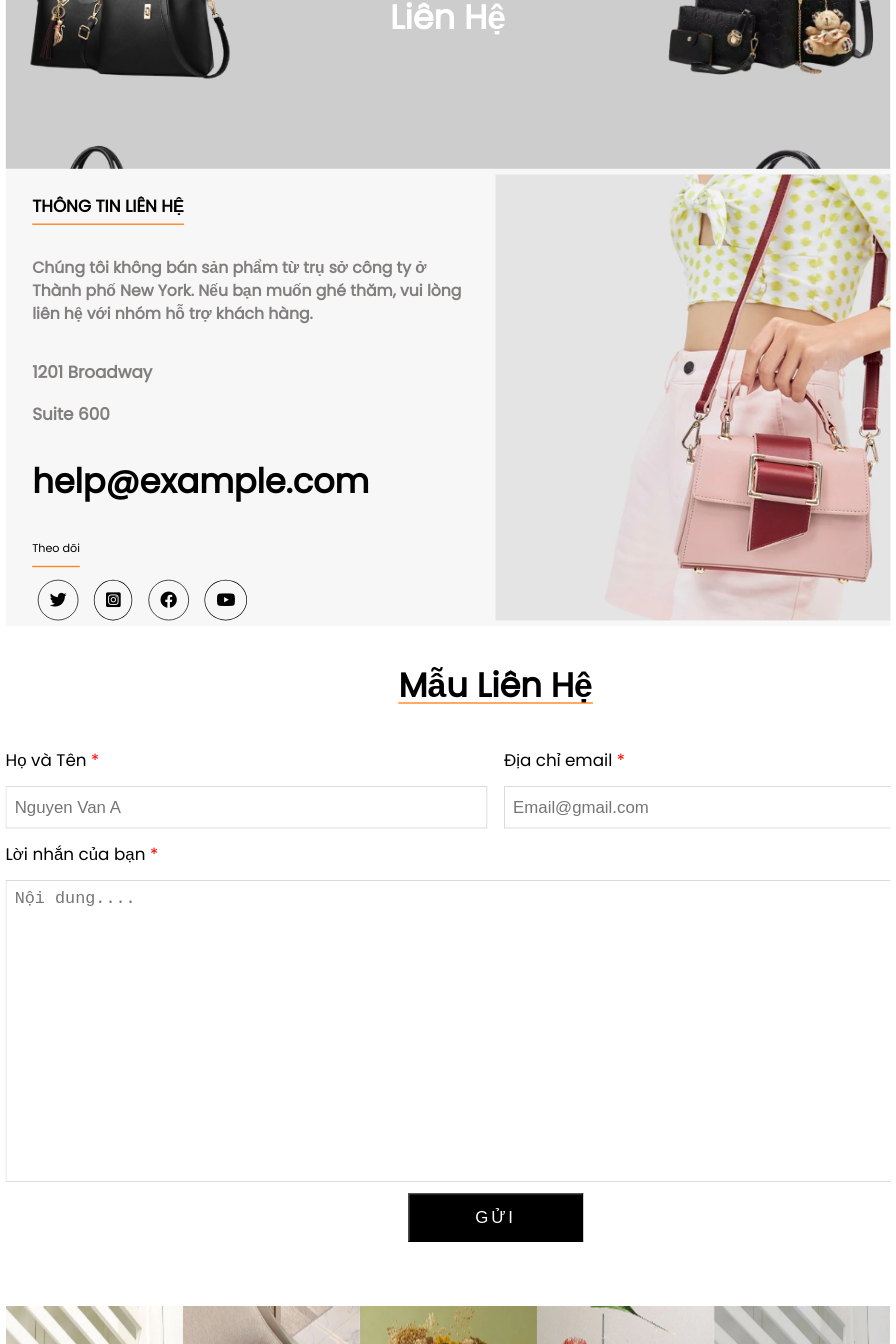
Repository: minh352623/project_firebase
Page: contact.html
An editor plug-in stored every save of this project. The page is shown before and after the next save, followed by the edit.
The browser window is 1280 px wide. The pictures show the part of the page from y = 355 to 2275 px (the page is 2935 px tall before and 2960 px after), at 70% of full size.
Some web libraries are served in a nearby version.

Above is the page before, as saved 2022-05-12 20:12:37.

### contact.html
<!DOCTYPE html>
<html lang="en">

<head>
  <meta charset="UTF-8" />
  <meta http-equiv="X-UA-Compatible" content="IE=edge" />
  <meta name="viewport" content="width=device-width, initial-scale=1.0" />
  <link rel="icon" href="./assets/img/logo.webp">

  <link rel="stylesheet" href="https://cdnjs.cloudflare.com/ajax/libs/font-awesome/5.15.4/css/all.min.css"
    integrity="sha512-1ycn6IcaQQ40/MKBW2W4Rhis/DbILU74C1vSrLJxCq57o941Ym01SwNsOMqvEBFlcgUa6xLiPY/NS5R+E6ztJQ=="
    crossorigin="anonymous" referrerpolicy="no-referrer" />
  <link rel="preconnect" href="https://fonts.googleapis.com" />
  <link rel="preconnect" href="https://fonts.gstatic.com" crossorigin />
  <link href="https://fonts.googleapis.com/css2?family=Poppins&display=swap" rel="stylesheet" />
  <link rel="stylesheet" href="./assets/css/base.css" />
  <link rel="stylesheet" type="text/css" href="https://cdn.jsdelivr.net/npm/slick-carousel@1.8.1/slick/slick.css" />
  <link rel="stylesheet" href="./assets/css/main.css" />
  <link rel="stylesheet" href="./assets/css/contact.css">
  <link rel="stylesheet" href="./assets/css/reponsive.css">

  <title>Liên Hệ</title>
</head>

<body>
  <div class="app">
    <div class="header">
      <div class="navbar">
        <div class="icon-mobile-menu">
          <i class="fas fa-align-left"></i>
        </div>
        <div class="navbar-logo">
          <a href="#">
            <img src="./assets/img/logo.webp" alt="" />
          </a>
        </div>
        <div class="navbar-link ">
          <ul class="navbar-link-list">
            <li class="navbar-link-item mobile-hello"></li>

            <li><a href="trangchu.html" class="navbar-link-item">Trang Chủ</a></li>
            <li><a href="introduce.html" class="navbar-link-item">Giới Thiệu</a></li>
            <li class="link-hover">
              <a href="./product.html" class="navbar-link-item">Sản Phẩm<i class="fas fa-angle-down"></i></a>
              <ul class="product-selsect">
                <li><a href="">Yêu Thích</a></li>
                <li><a href="">Giảm Giá</a></li>
              </ul>
            </li>
            <li><a href="contact.html" class="navbar-link-item">Liên Hệ</a></li>
            <li><a href="" class="navbar-link-item">Thanh Toán</a></li>
            <li><a href="./register.html" class="navbar-link-item delete-log mobile-register">Đăng ký</a></li>
            <li><a href="./index.html" class="navbar-link-item delete-log mobile-login">Đăng nhập</a></li>
            <li><a href="./index.html" class="navbar-link-item mobile-exit">Thoát</a></li>
          </ul>
        </div>

        <div class="navbar-icon">
          <div class="navbar-log">
            <div class="log-in">
              <span>
                <a class="log-in-icon" href="./index.html">
                  Đăng nhập
                </a>
              </span>
            </div>
            <div class="register">
              <span class="register-char">/</span>
              <span><a class="register-icon" href="./register.html">Đăng ký</a></span>
            </div>
          </div>
          <div class="hello ">
            <span>Chào!</span>
            <span class="name-user "></span>
            <span >|</span>
            <a href="./index.html" class="exit">Thoát</a>
          </div>
          <div class="navbar-icon-list">
            <a href="./user.html " class="navbar-icon-item user-icon">
              <i class="fas fa-user"></i>
            </a>
            <span class="navbar-icon-item cart">
              <i class="fas fa-cart-plus"></i>
              <span class="quantity-item">0</span>

            </span>
            <span class="navbar-icon-item search">
              <i class="fas fa-search"></i>
            </span>
          </div>
        </div>
      </div>
    </div>

    <div class="main">
      <div class="contact-banner">
        <h2 class="contact-title">
          Liên Hệ
        </h2>
        <div class="contact-link none">
          <span>Trang chủ</span>
          <span>></span>
          <span>Liên hệ</span>

        </div>
      </div>
      <div class="contact-container">
        <div class="contact-top">
          <div class="contact-top__layout">
            <div class="contact-info">
              <h2 class="contact-info-border">THÔNG TIN LIÊN HỆ</h2>
              <p class="contact-content">Chúng tôi không bán sản phẩm từ trụ sở công ty
                ở Thành phố New York. Nếu bạn muốn ghé thăm, vui lòng liên hệ với nhóm hỗ trợ khách hàng.</p>
              <div>

                <p>1201 Broadway</p>
                <p> Suite 600</p>
              </div>
              <h2 class="contact-email">help@example.com</h2>
              <p class="contact-info-border">Theo dõi</p>

              <div class="contact-info__icon">
                <span class="contact-info__icon-tw">
                  <i class="fab fa-twitter"></i>
                </span>
                <span class="contact-info__icon-insta">
                  <i class="fab fa-instagram-square"></i>
                </span>
                <span class="contact-info__icon-face">
                  <i class="fab fa-facebook"></i>
                </span>
                <span class="contact-info__icon-youtube">
                  <i class="fab fa-youtube"></i>
                </span>
              </div>


            </div>
            <div class="contact-images ">
              <img src="./assets/img/contact/contact-bn2.png" alt="">
            </div>
          </div>

        </div>
        <div class="contact-form">
          <h1>Mẫu Liên Hệ</h1>
          <form class="contact-form-content">
            <div class="contact-form-content-top">
              <div class="contact-form-content-left">
                <div class="contact-form-content-item">
                  <p>Họ và Tên</p>
                  <span>*</span>
                </div>
                <input required type="text" placeholder="Nguyen Van A">
              </div>
              <div class="contact-form-content-right">
                <div class="contact-form-content-item">
                  <p>Địa chỉ email</p>
                  <span>*</span>
                </div>
                <input required type="email" placeholder="Email@gmail.com">
              </div>
            </div>
            <div class="contact-form-content-bot">
              <div class="contact-form-content-item">
                <p>Lời nhắn của bạn</p>
                <span>*</span>
              </div>
              <textarea required name="" id="" cols="50" rows="15" placeholder="Nội dung...."></textarea>
            </div>
            <div class="contact-form-content-btn">
              <button type="submit">GỬI</button>
            </div>

          </form>
        </div>

      </div>
      <div class="contact-instagram">
        <div class="contact-instagram-list">
          <div class="contact-instagram-list-item">
            <img src="./assets/img/contact/instagram1.webp" alt="">
            <div class="contact-instagram-list-item-hover">
              <i class="fab fa-instagram"></i>
            </div>
          </div>
          <div class="contact-instagram-list-item">
            <img src="./assets/img/contact/instagram2.webp" alt="">
            <div class="contact-instagram-list-item-hover">
              <i class="fab fa-instagram"></i>
            </div>
          </div>
          <div class="contact-instagram-list-item">
            <img src="./assets/img/contact/instagram3.webp" alt="">
            <div class="contact-instagram-list-item-hover">
              <i class="fab fa-instagram"></i>
            </div>
          </div>
          <div class="contact-instagram-list-item">
            <img src="./assets/img/contact/instagram4.webp" alt="">
            <div class="contact-instagram-list-item-hover">
              <i class="fab fa-instagram"></i>
            </div>
          </div>
          <div class="contact-instagram-list-item">
            <img src="./assets/img/contact/instagram5.webp" alt="">
            <div class="contact-instagram-list-item-hover">
              <i class="fab fa-instagram"></i>
            </div>
          </div>
          <div class="contact-instagram-list-item">
            <img src="./assets/img/contact/instagram6.webp" alt="">
            <div class="contact-instagram-list-item-hover">
              <i class="fab fa-instagram"></i>
            </div>
          </div>
          <div class="contact-instagram-list-item">
            <img src="./assets/img/contact/instagram7.webp" alt="">
            <div class="contact-instagram-list-item-hover">
              <i class="fab fa-instagram"></i>
            </div>
          </div>



        </div>


      </div>

    </div>

    <div class="footer">
      <div class="footer-content">
        <div class="footer-content-item">
          <div class="footer-content-img">
            <img src="./assets/img/logo.webp" alt="">
          </div>
          <p>Đơn giản tinh tế cho tâm trí độc lập</p>
          <div class="footer-content-icon">
            <a href="#"><i class="fab fa-twitter"></i></a>
            <a href="#"><i class="fab fa-facebook"></i></a>

            <a href="#"><i class="fab fa-instagram-square"></i></a>

          </div>
        </div>
        <div class="footer-content-item">
          <div class="footer-content-item-title">
            <span>Trợ Giúp & Thông Tin</span>
            <ul class="footer-content-item-list">
              <li>Hướng dẫn mua hàng</li>
              <li>Hướng dẫn thanh toán</li>
              <li>Chính sách bảo hành</li>
              <li>Chính sách đổi trả</li>
              <li>Tư vấn khách hàng</li>
            </ul>
          </div>
        </div>
        <div class="footer-content-item">
          <div class="footer-content-item-title">
            <span>Về Chúng Tôi</span>
            <ul class="footer-content-item-list">
              <li>Giới thiệu</li>
              <li>Tin khuyến mãi</li>
              <li>Liên hệ</li>
              <li>Địa chỉ cửa hàng</li>
              <li>Chính sách bảo mật </li>
            </ul>
          </div>
        </div>
        <div class="footer-content-item">
          <div class="footer-content-item-title">
            <span>Hỗ trợ khách hàng</span>
            <ul class="footer-content-item-list">
              <li>Tài khoản</li>
              <li>Giỏ hàng</li>
              <li>Thanh toán</li>
              <li>Kiểm tra đơn hàng</li>
              <li>Cảm nhận khách hàng</li>
            </ul>
          </div>
        </div>

      </div>



    </div>
  </div>
  <div class="model-cart ">
    <div class="cart-container">
      <div class="cart-top">
        <div class="clear cart-top-close">
          <i class="fas fa-times"></i>
        </div>
        <div class="cart-top-title">
          <span>Giỏ Hàng</span>
        </div>
        <div class="cart-top-quantity">
          <span>1</span>
        </div>

      </div>

      <div class="array-empty"></div>
      <div class="cart-center">
      </div>

      <div class="cart-bottom">
        <div class="cart-bottom-price">
          <span>Tổng tiền:</span>
          <span class="total-price">0</span>
        </div>

        <div class="cart-bottom-btn">
          <a href="#"> <button>Xem giỏ hàng</button></a>
          <a href="#"> <button>Thanh toán</button></a>

        </div>
      </div>
    </div>

  </div>

  <script type="text/javascript" src="https://code.jquery.com/jquery-1.11.0.min.js"></script>
  <script type="text/javascript" src="https://code.jquery.com/jquery-migrate-1.2.1.min.js"></script>
  <script type="text/javascript" src="https://cdn.jsdelivr.net/npm/slick-carousel@1.8.1/slick/slick.min.js"></script>
  <script src="./js/slick.js"></script>
  <script src="./js/main.js" type="module"></script>
  <script src="./js/user.js"></script>

</body>

</html>

### assets/css/base.css
:root{
    --background-main:#e4e4e4;
    --hover-color:#ff871d ;
    --white-color:#fff;
    --text-color: #000;

}

*{
    box-sizing:  border-box;
}

html{
    /* 16px */
    font-size: 100%;
    line-height: 1.6rem;
    font-family: 'Poppins', sans-serif;
    scroll-behavior: smooth;
}

### assets/css/contact.css
.contact-banner{
    background-image: url('../img/contact/contact-bn1.png');
    background-size: contain;
    height: 60vh;
    display: flex;
    flex-direction: column;
    justify-content: center;
    align-items: center;
}

.contact-title {
    color: #fff;
    font-size: 3rem;
}
.contact-link {
    font-size: 1.5rem;
    color: #fff;


}
.contact-container{
    margin-top: 50px;
    width: 1400px;
    margin: 0 auto;
}
.contact-top{
    display: flex;
    justify-content: center;
}
.contact-top__layout{
    display: grid;
    grid-template-columns: 1fr 1fr;
    background-color: #f7f7f7;
    padding: 8px;
}
.contact-info{
    padding: 0 30px;
    display: flex;
    flex-direction: column;
    justify-content: space-between;

}

.contact-images img{
    width: 100%;
    height: 100%;
    object-fit: cover;
}
.contact-info >div,
.contact-content{
    font-weight: 600;
    color: rgb(129, 126, 126);
    font-size: 1.5rem;
    line-height: 1.5;

}
.contact-email{
    font-size: 3rem;
}
.contact-info > p:nth-child(2){
    font-size: 1.4rem;
}


.contact-info__icon i{
    margin: 0 8px;
    padding: 16px;
    border: 1px solid #000;
    border-radius:50%;
    color: #000;
    cursor: pointer;

}
.contact-info__icon i:hover{
    background-color: var(--hover-color);
    color: var(--white-color)
}
.contact-form h1,
.contact-info-border{
    border-bottom: 2px solid #ff871d;
    display: inline;
    width: fit-content;
    padding: 12px 0;
}

.contact-form{
    display: flex;
    flex-direction: column;
    margin: 48px 0;
}
.contact-form h1{
    text-align: center;
    margin: 12px auto;
    font-size:3rem;
}
.contact-form-content{
    margin: 32px 0;
    font-size: 1.5rem;
}
.contact-form-content-top{
    display: grid;
    grid-template-columns: 1fr 1fr;
    grid-gap: 0 24px;
}

.contact-form-content-right input,
.contact-form-content-left input{
    width: 100%;
    height: 60px;
    font-size: 1.5rem;
    padding: 12px;
    border:1px solid #ccc;
}

.contact-form-content-bot textarea{
    width: 100%;
    resize: none;
    font-size: 1.5rem;
    padding: 12px;
    border-color: #ccc;

}
.contact-form-content-item p{
  display: inline-block;
}
.contact-form-content-item span{
    color: red;
    font-size: 1.5rem;
}

.contact-form-content-btn{
    text-align: center;
    padding: 12px;

}
.contact-form-content-btn button{
    width: 250px;
    height: 70px;
    font-size: 1.5rem;
    color: var(--white-color);
    background-color: var(--text-color);
    letter-spacing: 4px;
    cursor: pointer;
}
.contact-form-content-btn button:hover{
    background-color: var(--hover-color);
    border: 0;
}


.contact-instagram-list-item{
    position: relative;
    display: grid;
    grid-template-columns: repeat(4, 1fr);
    overflow: hidden;
}
.contact-instagram-list-item img{
    width: 100%;
    transition: all 0.6s ease;
    object-fit: cover;
}
.contact-instagram-list-item-hover{
    position: absolute;
    top: 0;
    left: 0;
    bottom: 0;
    right: 0;
    display: flex;
    justify-content: center;
    align-items: center;
    color: var(--white-color);
    font-size: 3rem;
    background-color: rgba(0, 0, 0, 0.6);
    visibility: hidden;
    opacity: 0;
    transition: all 1s ease;

}
.contact-instagram-list-item:hover img {
    transform: scale(1.2);
}

.contact-instagram-list-item:hover .contact-instagram-list-item-hover{
 visibility: visible;
 opacity: 1;

}
.user-icon{
    text-decoration: none;
    color: #000;
}

### assets/css/reponsive.css

@media (min-width: 740px) and (max-width: 1023px){

}
/* mobile */
@media  (max-width: 739px){
    .navbar-logo img {
        width: 75px;
    }
    .search {
        display: none;
    }
    .navbar-link {
        position: fixed;
        background-color: rgba(0, 0, 0, 0.4);
        z-index: 999;
        top: 0;
        bottom: 0;
        right: 0;
        left: 0;
        visibility: hidden;


    }
    .navbar-link.active{
        visibility: visible;
    }
    .navbar-link.active .navbar-link-list{
        transform: translateX(0);
        opacity: 1;
    }
    .navbar-link-list{
        position: absolute;
        background-color: #fff;
        top: 0;
        left: 0;
        bottom: 0;
        flex-direction: column;
        margin-top: 0;
        box-shadow: rgba(149, 157, 165, 0.2) 0px 8px 24px;
        width: 300px;
        transform: translateX(-100%);
        opacity: 0;
        transition: all 0.5s ease;
    }
    .navbar-link-list li{


        border-bottom: 0.5px solid #999;
    }

    .navbar-link-list li a{
        text-align: left;

        padding: 8px;
        margin: 20px 0;
        display: flex;
        font-size: 1.2rem;
        text-transform: uppercase;
    }
    .navbar-log{
        display: none;
    }
    .icon-mobile-menu {
        display: block;
        margin-right: 50px;
    }
    .main-banner{
        grid-template-columns: repeat(1,1fr);
        grid-gap:12px 0
    }
    .main-conent{
        display: none;
    }
    .main-product {
        grid-template-columns: repeat(1,1fr);
        overflow-y: auto;
    }
    .main-time{
        display: none;
    }
    .none{
        display: none;
    }
    .main-blog-list{
        grid-template-columns: 1fr;
    }
    .footer-content{
        grid-template-columns: repeat(1,1fr);
    }


    /* Introduce */
    .contact-banner{
        background-repeat: no-repeat;
        height: 100px;
        width: 100%;
        background-size: cover;
    }
    .contact-title{
        font-size: 1rem;


    }
    .main-content{
        width: 100%;
    }
    .main-content-text{
        padding: 0;
    }
    .main-content-item{
        grid-template-columns: repeat(1,1fr);
    }
    .main-content .main-content-item:nth-child(2){
        display: flex;
        flex-direction: column-reverse;
    }

    .page-product{
        grid-template-columns: repeat(2 ,1fr);
    }
    .contact-top__layout{
    display: grid;
    grid-template-columns: repeat(1,1fr);
    grid-gap:12px 0

    }
    .contact-container{
        width: 100%;
        margin: 12px;
    }
    .contact-top{
        margin-top: 12px;
        width: fit-content;
    }
    .contact-top__layout,
    .contact-info{
        padding: 0;
    }
    .contact-form-content{
        display: grid;
        grid-template-columns: repeat(1,1fr);
    }
    .contact-form-content-top{
        grid-template-columns: repeat(1,1fr);
    }
    .cart-container{
        width: 80%;
    }
    .contact-images {
        display: none;
    }

    /* login */
    .main{
        width: 100%;
    }
    .main-login form{
        grid-template-columns: repeat(1, 1fr);
    }
    .main-login{
        width: 100%;
        margin: 0;
    }

    .main-login-item input{
        width: 100%;
    }
    .main-register,
    .mess{
        width: 100%;
    }
    .main-register form{
        grid-template-columns: repeat(1,1fr);
    }
    .main-register-item input{
        width: 100%;
    }
    .hello{
        display: none;
    }
    .mobile-heollo,
    .delete-log,
    .mobile-exit{
        display: block;
    }

    /* contact */
    .contact-info > p:nth-child(2){
        font-size: 1rem;
    }
    .contact-top__layout, .contact-info{
        width: 100%;
    }
}

Loaded but not shown: js/main.js (210 lines, source omitted); js/data.js (167 lines, source omitted); js/user.js (50 lines, source omitted); js/slick.js (33 lines, source omitted); assets/css/main.css (640 lines, source omitted)

After the next save:
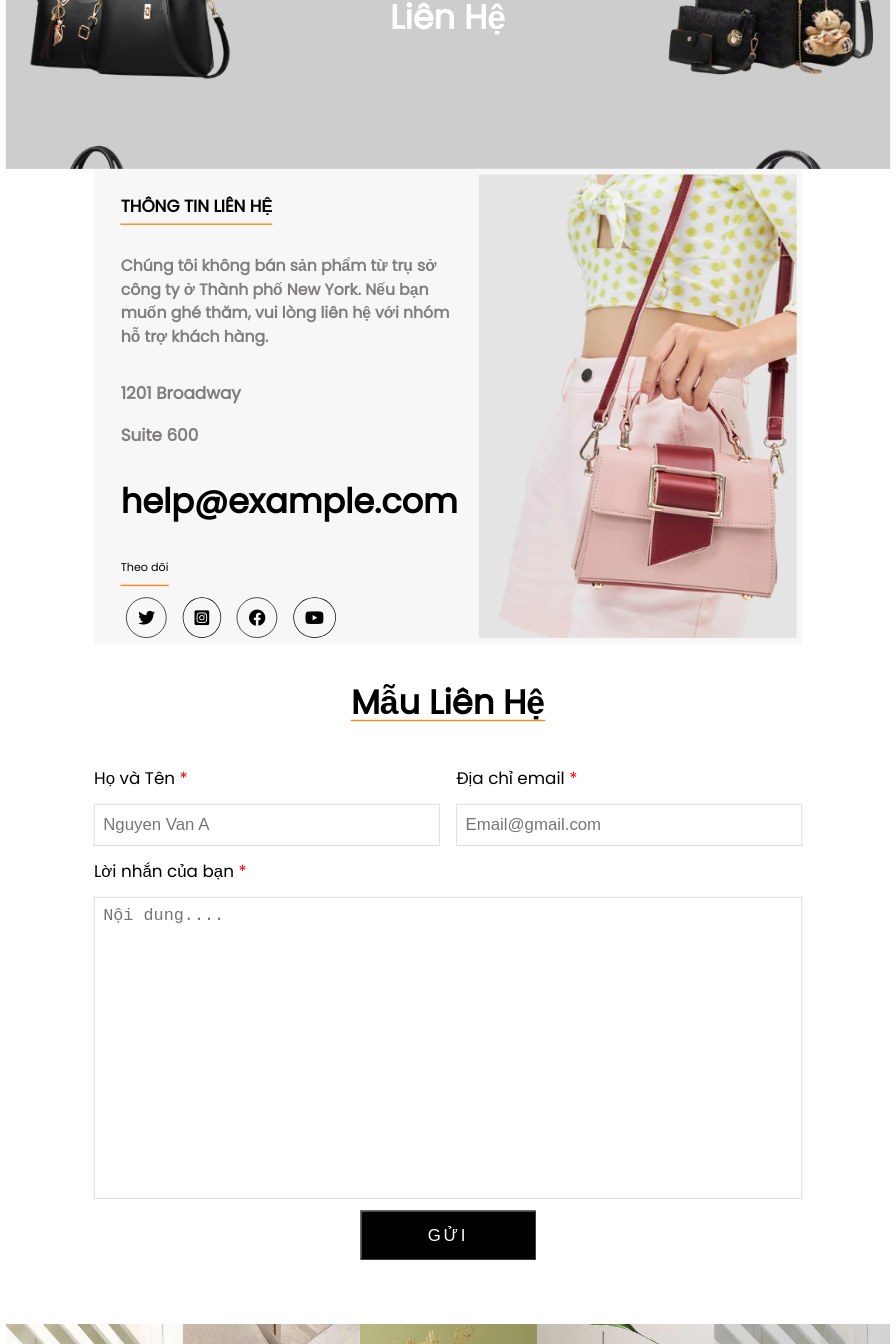
Saved 100 s later.
--- a/assets/css/contact.css
+++ b/assets/css/contact.css
@@ -20,7 +20,7 @@
 }
 .contact-container{
     margin-top: 50px;
-    width: 1400px;
+    width: 80%;
     margin: 0 auto;
 }
 .contact-top{
